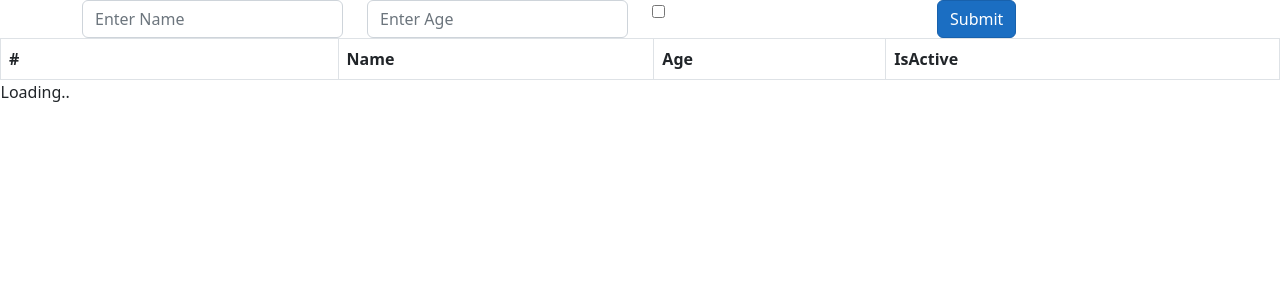
Repository: huiyyee/sample-crud
Page: / (app in sample-crud/ClientApp/)
An editor plug-in stored every save of this project. The page is shown before and after the next save, followed by the edit.
The browser window is 1280 px wide. The pictures show the whole page.
The page's requests for data from a server got no answer. The project was rebuilt for these pictures with package versions that can differ from the ones it lists, and the page was loaded fresh each time. No one was signed in, and anything a server would have sent is missing.

Above is the page before, as saved 2024-09-06 15:26:32.

### sample-crud/ClientApp/public/index.html
<!DOCTYPE html>
<html lang="en">
  <head>
    <meta charset="utf-8">
    <meta name="viewport" content="width=device-width, initial-scale=1, shrink-to-fit=no">
    <meta name="theme-color" content="#000000">
    <base href="%PUBLIC_URL%/" />
    <!--
      manifest.json provides metadata used when your web app is added to the
      homescreen on Android. See https://developers.google.com/web/fundamentals/engage-and-retain/web-app-manifest/
    -->
    <link rel="manifest" href="%PUBLIC_URL%/manifest.json">
    <link rel="shortcut icon" href="%PUBLIC_URL%/favicon.ico">
    <!--
      Notice the use of %PUBLIC_URL% in the tags above.
      It will be replaced with the URL of the `public` folder during the build.
      Only files inside the `public` folder can be referenced from the HTML.

      Unlike "/favicon.ico" or "favicon.ico", "%PUBLIC_URL%/favicon.ico" will
      work correctly both with client-side routing and a non-root public URL.
      Learn how to configure a non-root public URL by running `npm run build`.
    -->
    <title>sample_crud</title>
  </head>
  <body>
    <noscript>
      You need to enable JavaScript to run this app.
    </noscript>
    <div id="root"></div>
    <!--
      This HTML file is a template.
      If you open it directly in the browser, you will see an empty page.

      You can add webfonts, meta tags, or analytics to this file.
      The build step will place the bundled scripts into the <body> tag.

      To begin the development, run `npm start` or `yarn start`.
      To create a production bundle, use `npm run build` or `yarn build`.
    -->
  </body>
</html>

### sample-crud/ClientApp/src/index.js
import 'bootstrap/dist/css/bootstrap.css';
import React from 'react';
import { createRoot } from 'react-dom/client';
import { BrowserRouter } from 'react-router-dom';
import App from './App.js';

const baseUrl = document.getElementsByTagName('base')[0].getAttribute('href');
const rootElement = document.getElementById('root');
const root = createRoot(rootElement);

root.render(
  <BrowserRouter basename={baseUrl}>
    <App />
  </BrowserRouter>);

### sample-crud/ClientApp/src/App.js
import React, { Component } from 'react';
import { Route, Routes } from 'react-router-dom';
import CRUD from './CRUD.js';
import './custom.css';
import './App.css';

// export default class App extends Component {
//   static displayName = App.name;

//   render() {
//     return (
//         <div className="App">
//           <CRUD />
//         </div>
//     );
//   }
// }

function App(){
  return (
    <div className="App">
      <CRUD />
    </div>
  );
}

export default App;

### sample-crud/ClientApp/src/CRUD.js
import React,{useState,useEffect,Fragment} from "react";
import {Table} from "react-bootstrap";
import 'bootstrap/dist/css/bootstrap.min.css';
import {Button,Modal,Container,Row,Col} from 'react-bootstrap';
import axios from "axios";

const CRUD = () => {
	const [show, setShow] = useState(false);

	const handleClose = () => setShow(false);
	const handleShow = () => setShow(true);

	const [name, setName] = useState('');
	const [age, setAge] = useState('');
	const [isActive, setIsActive] = useState(0);

	const [id, setId] = useState(0);
	const [editName, setEditName] = useState('');
	const [editAge, setEditAge] = useState('');
	const [isEditActive, setIsEditActive] = useState(0);

	const empdata = [
		{
			id:1,
			name:'Manoj',
			age:29,
			isActive:1
		},
		{
			id:2,
			name:'Virat',
			age:30,
			isActive:1
		},
		{
			id:3,
			name:'Rohit',
			age:34,
			isActive:1
		}
	]

	const [data, setData] = useState([]);

	useEffect(() => {
		getData();
	}, [])

	const getData = () => {
		axios.get('https://localhost:7212/api/Employee').then(res => {
			setData(res.data);
        })
		.catch(err => {console.log(err)})

    }

	const handleEdit = (id) => {
		handleShow();
    }

	const handleDelete = (id) => {
		if(window.confirm('Are you sure want to delete this record?')){
			alert(id);
        }
	}

	const handleUpdate = (id) => {
	}


	return(
		<Fragment>
			<Container>
				<Row>
					<Col>
						<input type="text" placeholder="Enter Name" className="form-control" value={name} onChange={(e)=> setName(e.target.value)}/>
					</Col>
					<Col>
						<input type="text" placeholder="Enter Age" className="form-control" value={age} onChange={(e)=> setAge(e.target.value)}/>
					</Col>
					<Col>
						<input type="checkbox"
						checked={isActive==1? true:false}
						onChange={(e)=> setIsActive(e)} value={isActive}/>
					</Col>
					<Col>
						<button className="btn btn-primary">Submit</button>
					</Col>
				</Row>
			</Container>
			<Table striped bordered hover>
				<thead>
					<tr>
						<th>#</th>
						<th>Name</th>
						<th>Age</th>
						<th>IsActive</th>
					</tr>
				</thead>
				<tbody>
					{
						data && data.length > 0 ?
							data.map((item,index) => {
								return(
                                    <tr key={index}>
										<td>{index + 1}</td>
                                        <td>{item.name}</td>
                                        <td>{item.age}</td>
                                        <td>{item.isActive}</td>
										<td colSpan={2}>
											<Button variant="primary" onClick={() => handleEdit(item.id)}>Edit</Button>
                                            &nbsp;
                                            <Button variant="danger" onClick={() => handleDelete(item.id)}>Delete</Button>
										</td>

                                    </tr>
                                )
							})
							:'Loading..'
					}
				</tbody>
			</Table>

			<Modal show={show} onHide={handleClose}>
				<Modal.Header closeButton>
					<Modal.Title>Modify/ Update Employee</Modal.Title>
				</Modal.Header>
				<Modal.Body>
					<Row>
						<Col>
							<input type="text" placeholder="Enter Name" className="form-control" value={editName} onChange={(e)=> setEditName(e.target.value)}/>
						</Col>
						<Col>
							<input type="text" placeholder="Enter Age" className="form-control" value={editAge} onChange={(e)=> setEditAge(e.target.value)}/>
						</Col>
						<Col>
							<input type="checkbox"
							checked={isEditActive==1? true:false}
							onChange={(e)=> setIsEditActive(e)} value={isEditActive}/>
						</Col>
						<Col>
							<button className="btn btn-primary">Submit</button>
						</Col>
					</Row>
				</Modal.Body>
				<Modal.Footer>
					<Button variant="secondary" onClick={handleClose}>
						Close
					</Button>
					<Button variant="primary" onClick={handleUpdate}>
						Save Changes
					</Button>
				</Modal.Footer>
			</Modal>
		</Fragment>
	)
}

export default CRUD;

### sample-crud/ClientApp/src/custom.css
/* Provide sufficient contrast against white background */
a {
  color: #0366d6;
}

code {
  color: #E01A76;
}

.btn-primary {
  color: #fff;
  background-color: #1b6ec2;
  border-color: #1861ac;
}

### sample-crud/ClientApp/src/App.css
/* Provide sufficient contrast against white background */
a {
    color: #0366d6;
  }

  code {
    color: #E01A76;
  }

  .btn-primary {
    color: #fff;
    background-color: #1b6ec2;
    border-color: #1861ac;
  }

After the next save:
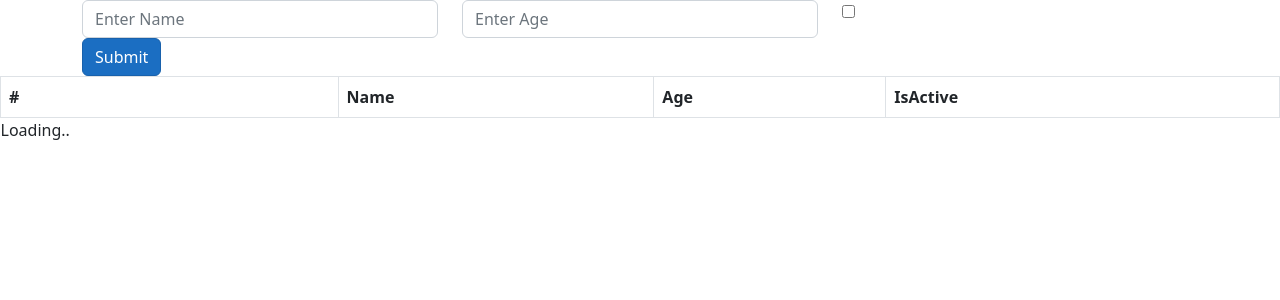
Saved 4 s later.
--- a/sample-crud/ClientApp/src/CRUD.js
+++ b/sample-crud/ClientApp/src/CRUD.js
@@ -83,6 +83,7 @@ const CRUD = () => {
 						checked={isActive==1? true:false}
 						onChange={(e)=> setIsActive(e)} value={isActive}/>
 					</Col>
+					<label></label>
 					<Col>
 						<button className="btn btn-primary">Submit</button>
 					</Col>
